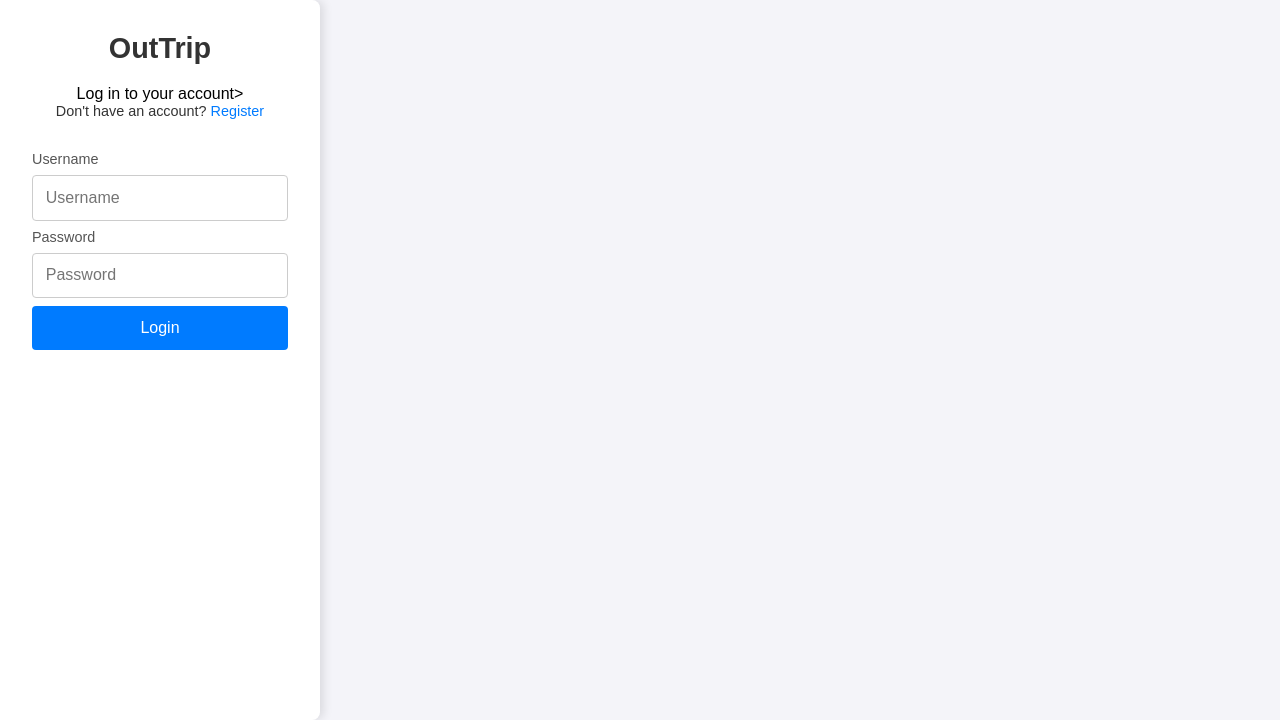
Repository: Nuttawut-Amattong/outtrip
Page: / (app in OutTrip/)
An editor plug-in stored every save of this project. The page is shown before and after the next save, followed by the edit.
The browser window is 1280 px wide. The pictures show the whole page.
The project was rebuilt for these pictures with package versions that can differ from the ones it lists, and the page was loaded fresh each time. Also part of the build but not shown: OutTrip/vite.config.js, OutTrip/src/CSS/register.css, OutTrip/src/pages/Register.jsx, OutTrip/src/pages/Forgetpass.jsx.

Above is the page before, as saved 2025-05-19 01:26:44.

After the next save:
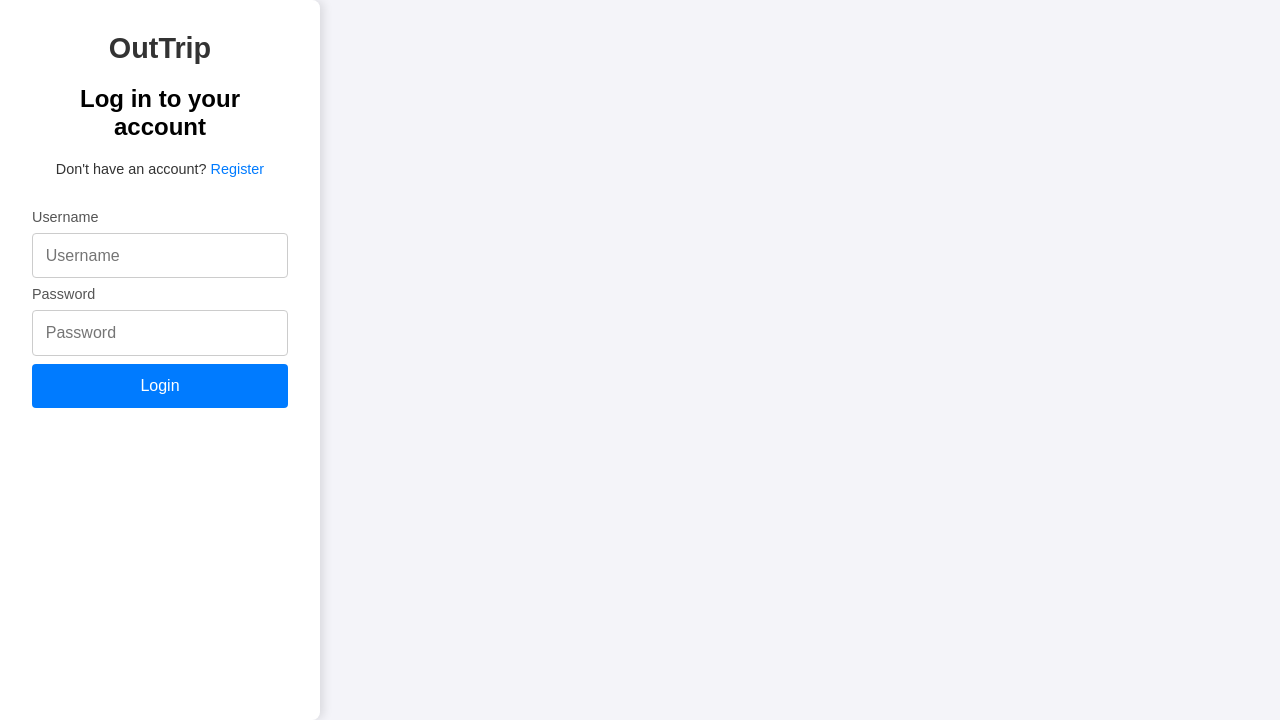
Saved 4 s later.
--- a/OutTrip/src/pages/Login.jsx
+++ b/OutTrip/src/pages/Login.jsx
@@ -16,7 +16,7 @@ function Login() {
     <div className="login-container">
       <div className="login-header">
         <h1>OutTrip</h1>
-        <h2></h2>Log in to your account>
+        <h2>Log in to your account</h2>
         <div className="register-link">
           Don't have an account? <a href="/register">Register</a>
         </div>
